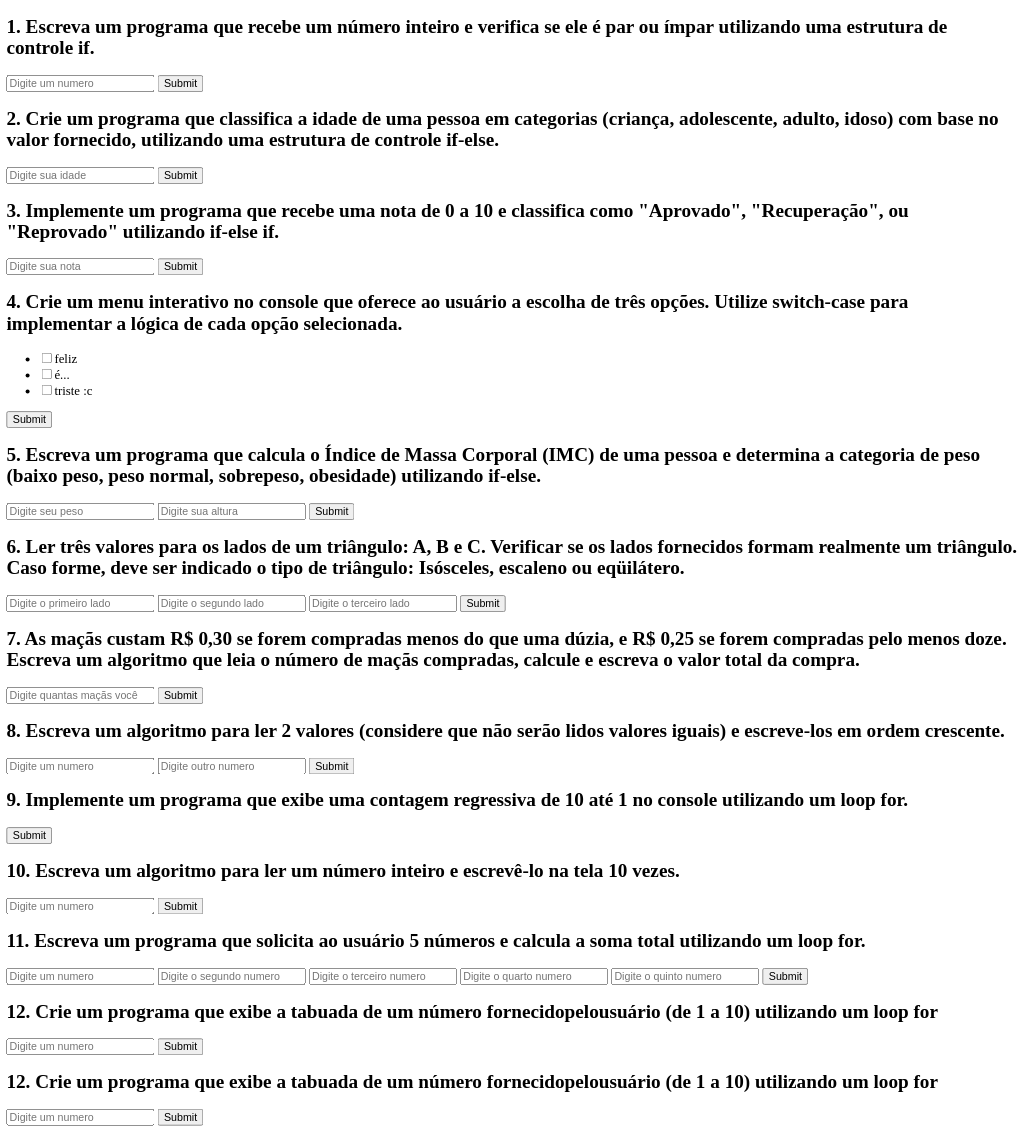
Repository: chidekina/prati-logica
Page: index.html
The author's editor kept a copy of each file at every save. The page is drawn from the files as they stood at one save, then again after the next save.
The browser window is 1280 px wide. The pictures show the whole page, at 80% of full size.

Above is the page before, as saved 2025-05-03 11:00:29.

### index.html
<!DOCTYPE html>
<html lang="en">
  <head>
    <meta charset="UTF-8" />
    <meta name="viewport" content="width=device-width, initial-scale=1.0" />
    <title>+prati - Lista de Exercicios 1</title>
  </head>
  <body>
    <main>
      <div>
        <h2>1. Escreva um programa que recebe um número inteiro e verifica se ele é par ou ímpar utilizando uma estrutura de controle if.</h2>
        <div>
          <input id="task1" type="number" placeholder="Digite um numero" />
          <input type="submit" onclick="parOuImpar()" />
        </div>
        <h3 id="answer1"></h3>
      </div>
      <div>
        <h2>2. Crie um programa que classifica a idade de uma pessoa em categorias (criança, adolescente, adulto, idoso) com base no valor fornecido, utilizando uma estrutura de controle if-else.</h2>
        <div>
          <input id="task2" type="number" placeholder="Digite sua idade" />
          <input type="submit" onclick="classificacaoEtaria()" />
        </div>
        <h3 id="answer2"></h3>
      </div>
      <div>
        <h2>3. Implemente um programa que recebe uma nota de 0 a 10 e classifica como "Aprovado", "Recuperação", ou "Reprovado" utilizando if-else if.</h2>
        <div>
          <input id="task3" type="number" placeholder="Digite sua nota" />
          <input type="submit" onclick="aprovacao()" />
        </div>
        <h3 id="answer3"></h3>
      </div>
      <div>
        <h2>4. Crie um menu interativo no console que oferece ao usuário a escolha de três opções. Utilize switch-case para implementar a lógica de cada opção selecionada.</h2>
        <div>
          <ul>
            <li>
              <label><input class="checkbox-mood" onchange="checkboxCheck(this)" type="checkbox" id="option1" />feliz</label>
            </li>
            <li>
              <label><input class="checkbox-mood" onchange="checkboxCheck(this)" type="checkbox" id="option2" />é...</label>
            </li>
            <li>
              <label><input class="checkbox-mood" onchange="checkboxCheck(this)" type="checkbox" id="option3" />triste :c</label>
            </li>
          </ul>
          <input type="submit" onclick="nivelHumor()" />
        </div>
        <h3 id="answer4"></h3>
      </div>
      <div>
        <h2>5. Escreva um programa que calcula o Índice de Massa Corporal (IMC) de uma pessoa e determina a categoria de peso (baixo peso, peso normal, sobrepeso, obesidade) utilizando if-else.</h2>
        <div>
          <input id="task5-1" type="number" placeholder="Digite seu peso" />
          <input id="task5-2" type="number" placeholder="Digite sua altura" />
          <input type="submit" onclick="classificacaoIMC()" />
        </div>
        <h3 id="answer5"></h3>
      </div>
      <div>
        <h2>6. Ler três valores para os lados de um triângulo: A, B e C. Verificar se os lados fornecidos formam realmente um triângulo. Caso forme, deve ser indicado o tipo de triângulo: Isósceles, escaleno ou eqüilátero.</h2>
        <div>
          <input id="ladoA" type="number" placeholder="Digite o primeiro lado" />
          <input id="ladoB" type="number" placeholder="Digite o segundo lado" />
          <input id="ladoC" type="number" placeholder="Digite o terceiro lado" />
          <input type="submit" onclick="classificacaoTriangulo()" />
        </div>
      </div>
      <h3 id="answer6"></h3>
      <div>
        <h2>7. As maçãs custam R$ 0,30 se forem compradas menos do que uma dúzia, e R$ 0,25 se forem compradas pelo menos doze. Escreva um algoritmo que leia o número de maçãs compradas, calcule e escreva o valor total da compra.</h2>
        <div>
          <input id="task7" type="number" placeholder="Digite quantas maçãs você quer comprar." />
          <input type="submit" onclick="totalMacas()" />
        </div>
        <h3 id="answer7"></h3>
      </div>
      <div>
        <h2>8. Escreva um algoritmo para ler 2 valores (considere que não serão lidos valores iguais) e escreve-los em ordem crescente.</h2>
        <div>
          <input id="task8-1" type="number" placeholder="Digite um numero" />
          <input id="task8-2" type="number" placeholder="Digite outro numero" />
          <input type="submit" onclick="ordemCrescente()" />
        </div>
        <h3 id="answer8"></h3>
      </div>
      <div>
        <h2>9. Implemente um programa que exibe uma contagem regressiva de 10 até 1 no console utilizando um loop for.</h2>
        <input type="submit" onclick="ordemDecrescente()" />
        <h3 id="answer9"></h3>
      </div>
      <div>
        <h2>10. Escreva um algoritmo para ler um número inteiro e escrevê-lo na tela 10 vezes.</h2>
        <input id="task10" type="number" placeholder="Digite um numero" />
        <input type="submit" onclick="repetirNumero()" />
        <h3 id="answer10"></h3>
      </div>
      <div>
        <h2>11. Escreva um programa que solicita ao usuário 5 números e calcula a soma total
          utilizando um loop for.</h2>
          <input id="task10-1" type="number" placeholder="Digite um numero" />
          <input id="task10-2" type="number" placeholder="Digite o segundo numero" />
          <input id="task10-3" type="number" placeholder="Digite o terceiro numero" />
          <input id="task10-4" type="number" placeholder="Digite o quarto numero" />
          <input id="task10-5" type="number" placeholder="Digite o quinto numero" />
        <input type="submit" onclick="somarNumeros()" />
        <h3 id="answer11"></h3>
        <h2>12. Crie um programa que exibe a tabuada de um número fornecidopelousuário (de 1 a
          10) utilizando um loop for</h2>
        <input id="task12" type="number" placeholder="Digite um numero" />
        <input type="submit" onclick="tabuada()" />
        <h3 id="answer12"></h3>
        <h2>12. Crie um programa que exibe a tabuada de um número fornecidopelousuário (de 1 a
          10) utilizando um loop for</h2>
        <input id="task12" type="number" placeholder="Digite um numero" />
        <input type="submit" onclick="tabuada()" />
        <h3 id="answer12"></h3>
      </div>
    </main>
    <script src="app.js"></script>
  </body>
</html>

### app.js
function parOuImpar() {
  const task1 = document.getElementById("task1");
  const numero = parseInt(task1.value);
  let answer1 = document.getElementById("answer1");

  if (isNaN(numero)) {
    alert("Digite um número válido.");
  } else {
    answer1.innerHTML = `O número ${numero} é ${numero % 2 === 0 ? "par" : "ímpar"}`;
  }
  task1.value = "";
}

function classificacaoEtaria() {
  const task2 = document.getElementById("task2");
  const idade = parseInt(task2.value);
  let classificacao;
  let answer2 = document.getElementById("answer2");

  if (isNaN(idade) || idade > 100 || idade < 0) {
    alert("Digite uma idade válida.");
  } else {
    if (idade >= 60) {
      classificacao = "idoso";
    } else if (idade >= 20) {
      classificacao = "adulto";
    } else if (idade >= 12) {
      classificacao = "adolescente";
    } else {
      classificacao = "criança";
    }
    answer2.innerHTML = `A idade de ${idade} anos é classificada como ${classificacao}.`;
  }
  task2.value = "";
}

function aprovacao() {
  const task3 = document.getElementById("task3");
  const nota = task3.value;

  if (nota < 0 || nota > 10 || isNaN(nota)) {
    alert("Digite uma nota válida.");
  } else {
    answer3.innerHTML = nota >= 7 ? "Parabéns! Você foi aprovado." : "Poxa... Você ficou de recuperação.";
  }

  task3.value = "";
}

function checkboxCheck(checkbox) {
  let mood = document.getElementsByClassName("checkbox-mood");

  for (let i = 0; i < mood.length; i++) {
    mood[i].checked = false;
  }

  checkbox.checked = true;
}

function nivelHumor() {
  const check1 = document.getElementById("option1");
  const check2 = document.getElementById("option2");
  const check3 = document.getElementById("option3");
  const answer4 = document.getElementById("answer4");
  let phrase;

  if (check1.checked) {
    phrase = "Legal! Tenha um ótimo dia!";
  } else if (check2.checked) {
    phrase = "Hmm... Pode melhorar ne?!";
  } else if (check3.checked) {
    phrase = "Poxa, espero que seu dia melhore";
  }

  answer4.innerHTML = phrase;
}

function classificacaoIMC() {
  const pesoInput = document.getElementById("task5-1");
  const alturaInput = document.getElementById("task5-2");
  const answer5 = document.getElementById("answer5");
  const peso = pesoInput.value;
  const altura = alturaInput.value;
  const IMC = peso / (altura * altura);
  let classificacao;

  if (IMC < 18.5) classificacao = "Abaixo do Peso";
  else if (IMC < 25) classificacao = "Peso Normal";
  else if (IMC < 30) classificacao = "Sobrepeso";
  else classificacao = "Obeso";

  answer5.innerHTML = `O seu IMC  é de ${IMC.toFixed(2)} classificado como "${classificacao}"`;

  pesoInput.value = "";
  alturaInput.value = "";
}

function classificacaoTriangulo() {
  const ladoAInput = document.getElementById("ladoA");
  const ladoBInput = document.getElementById("ladoB");
  const ladoCInput = document.getElementById("ladoC");
  const ladoA = ladoAInput.value;
  const ladoB = ladoBInput.value;
  const ladoC = ladoCInput.value;
  let triangulo;
  const answer6 = document.getElementById("answer6");

  if (ladoA === ladoB && ladoA === ladoC) triangulo = "equilatero";
  else if (ladoA !== ladoB && ladoA !== ladoC && ladoB !== ladoC) triangulo = "escaleno";
  else triangulo = "isosceles";

  answer6 = `O triangulo é ${triangulo}`;
  ladoAInput.value = "";
  ladoBInput.value = "";
}

function totalMacas() {
  const macasInput = document.getElementById("task7");
  const macas = macasInput.value;
  const answer7 = document.getElementById("answer7");
  let precoMacas = 0.3;

  if (macas <= 0 || isNaN(macas)) {
    alert("Digite um número válido");
  } else {
    precoMacas = macas >= 12 ? 0.25 : 0.3;

    answer7.innerHTML = `O preço da maçã será de R$ ${precoMacas} dando um total de R$ ${(macas * precoMacas).toFixed(2)}`;
  }

  macasInput.value = '';
}

function ordemCrescente() {
    const numero1Input = document.getElementById('task8-1');
    const numero2Input = document.getElementById('task8-2');
    const numero1 = numero1Input.value;
    const numero2 = numero2Input.value;
    const answer8 = document.getElementById('answer8');

    if (isNaN(numero1) || isNaN(numero2)) {
        alert("Digite um número válido.");
    } else {
        answer8.innerHTML = `O número ${numero1} é ${numero1 > numero2 ? 'maior' : 'menor'} que o número ${numero2}`;
    }

    numero1Input.value = '';
    numero2Input.value = '';
}

function ordemDecrescente() {
    const answer9 = document.getElementById('answer9');

    for (let i = 10; i >= 1; i--) {
        answer9.innerHTML += `${i} `
    }
}

function repetirNumero() {
  const numeroInput = document.getElementById('task10');
  const numero = Number(numeroInput.value);
  const answer10 = document.getElementById('answer10');

  if (Number.isInteger(numero) === true && isNaN(numero) === false) {
    answer10.innerHTML = '';
    for(let i = 1; i <= 10; i++) {
      answer10.innerHTML += `${numero} `;
    }
  } else {
    alert("Digite um número inteiro.");
  }

  numeroInput.value = '';
}

function somarNumeros() {
  const numeros = [
  document.getElementById('task10-1'),
  document.getElementById('task10-2'),
  document.getElementById('task10-3'),
  document.getElementById('task10-4'),
  document.getElementById('task10-5'),
  ];

  const answer =document.getElementById('answer11');
  let somaTotal = 0;

  for (let i = 0; i < numeros.length; i++) {
    const valor = Number(numeros[i].value);

    somaTotal += valor;
  }

  answer.innerHTML = `A soma total é: ${somaTotal}`;

  numeros.forEach((numero) => (numero.value = ''));
}

function tabuada() {
  const numero = Number(document.getElementById('task12').value);
  const answer = document.getElementById('answer12');

  let tabuada = [];

  for (let i = 1; i <= 10; i++) {
    tabuada += `${numero} * ${i} = ${numero * i}<br>`;
  }

  answer.innerHTML = `A tabuada de ${numero} é:<br> ${tabuada}`
}

After the next save:
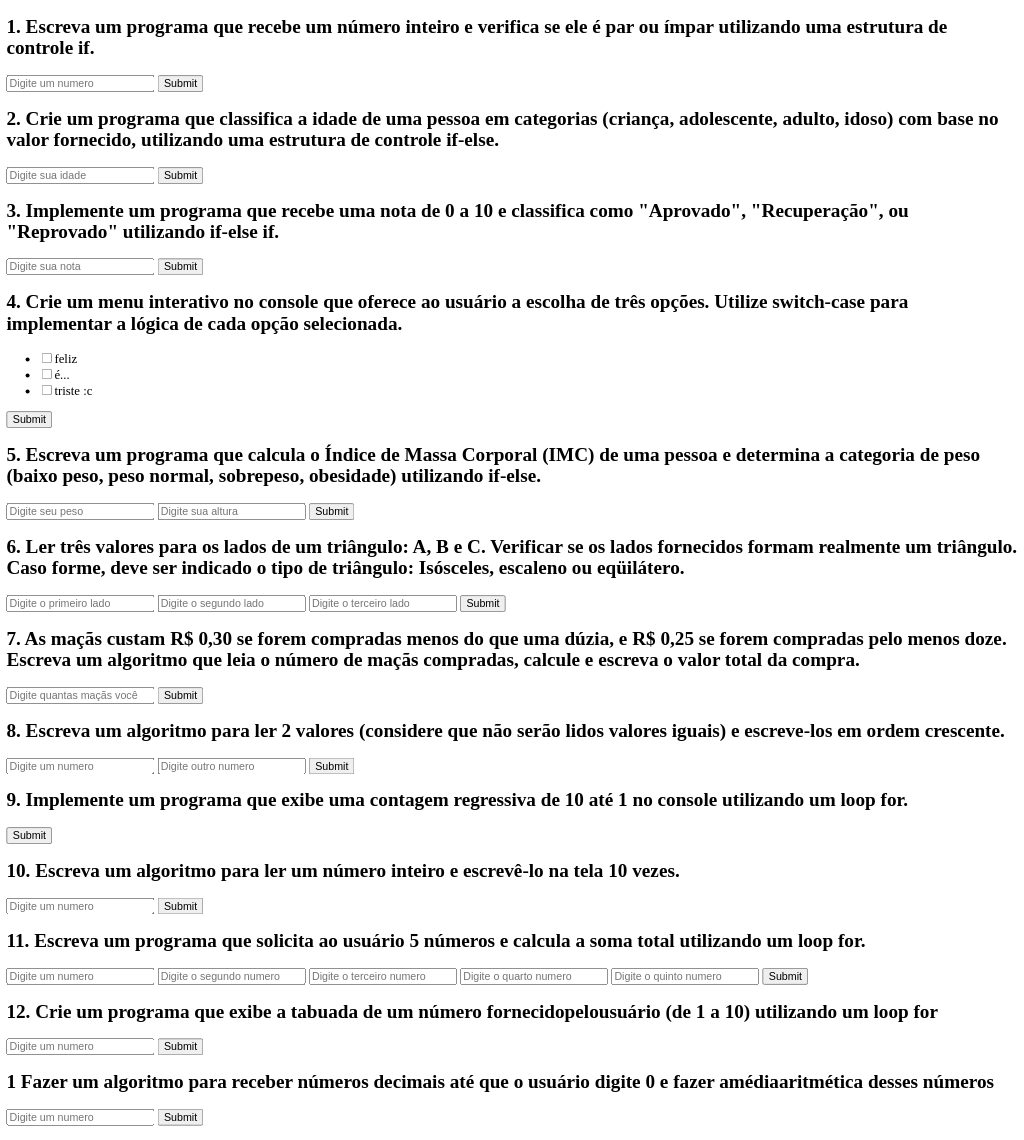
Saved 10 s later.
--- a/index.html
+++ b/index.html
@@ -111,8 +111,8 @@
         <input id="task12" type="number" placeholder="Digite um numero" />
         <input type="submit" onclick="tabuada()" />
         <h3 id="answer12"></h3>
-        <h2>12. Crie um programa que exibe a tabuada de um número fornecidopelousuário (de 1 a
-          10) utilizando um loop for</h2>
+        <h2>1 Fazer um algoritmo para receber números decimais até que o usuário digite 0 e fazer
+          amédiaaritmética desses números</h2>
         <input id="task12" type="number" placeholder="Digite um numero" />
         <input type="submit" onclick="tabuada()" />
         <h3 id="answer12"></h3>
